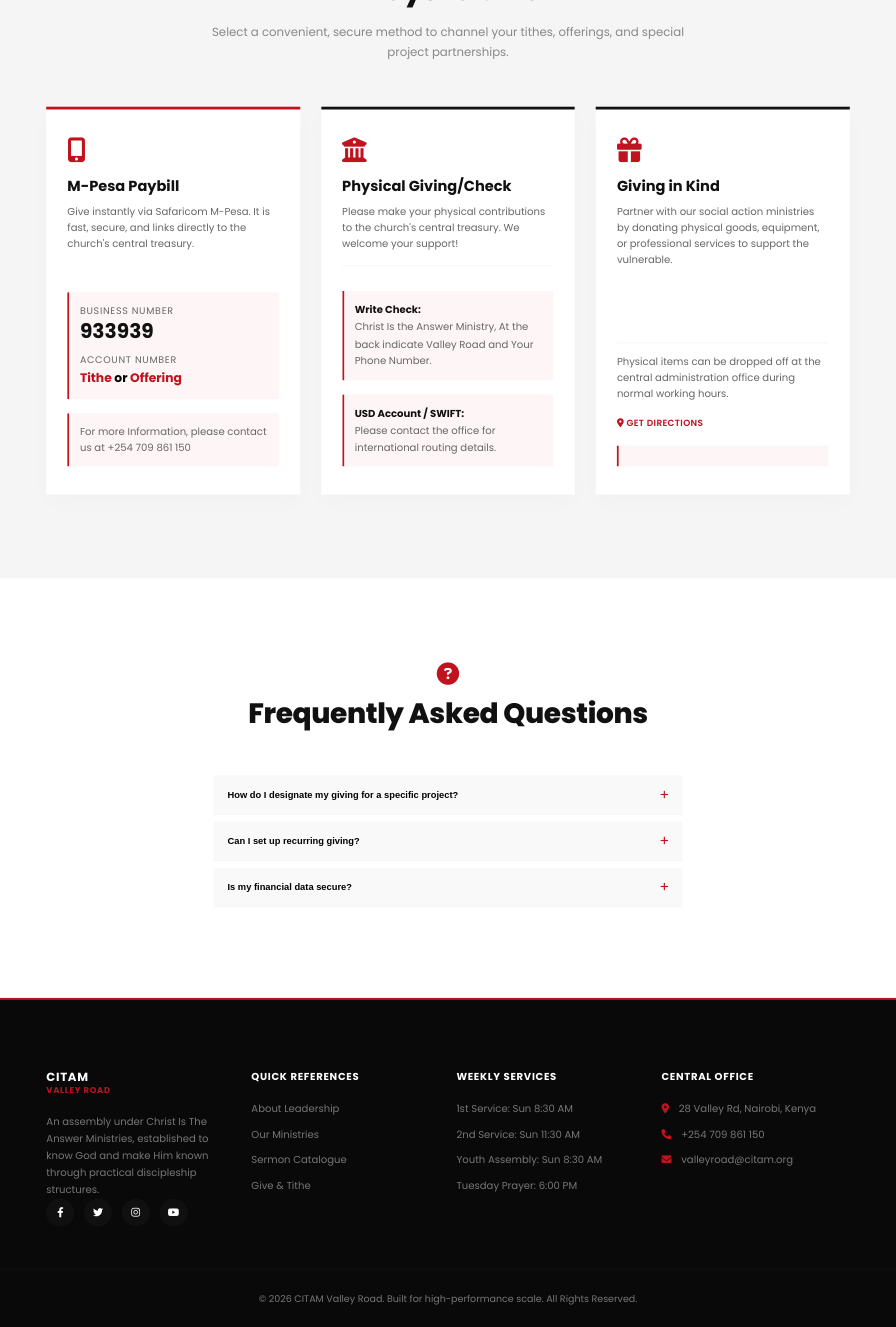
Repository: jereworks/CITAMVRD-Website
Page: give.html
An editor plug-in stored every save of this project. The page is shown before and after a run of saves, followed by the edit.
The browser window is 1280 px wide. The pictures show the part of the page from y = 669 to 2589 px (the page is 2565 px tall before and 2589 px after), at 70% of full size.

Above is the page before, as saved 2026-06-12 07:32:55.

After the next 3 saves:
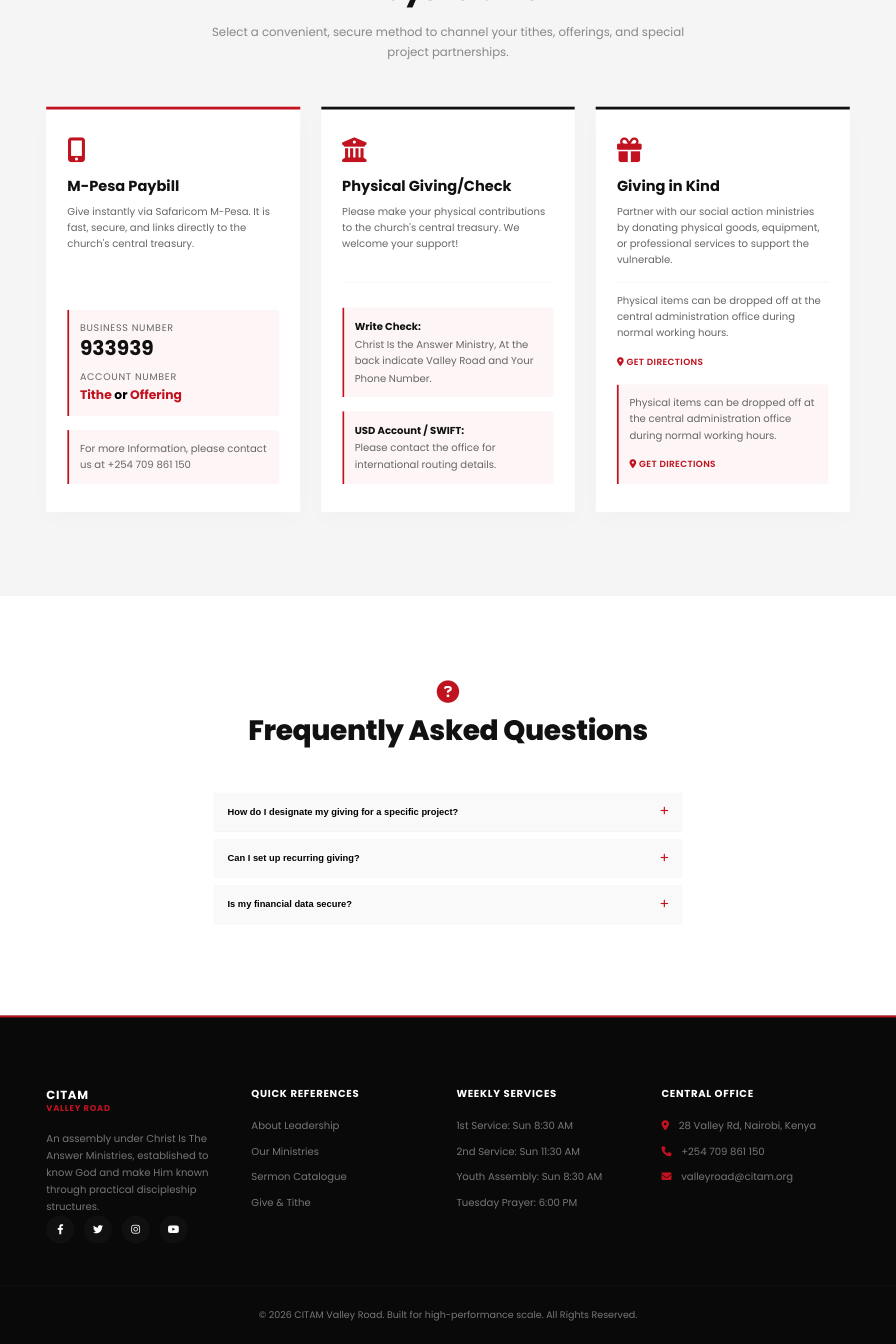
The 3 saves are shown as one change because they came seconds apart.
The last was saved 17 s later.
--- a/give.html
+++ b/give.html
@@ -142,7 +142,8 @@
                     </div>
 
                     <div style="background: rgba(193, 18, 31, 0.04); border-left: 3px solid var(--primary); padding: 15px; margin-top: 20px; border-radius: 0 4px 4px 0;">
-
+                        <p style="font-size: 0.9rem; margin-bottom: 15px;">Physical items can be dropped off at the central administration office during normal working hours.</p>
+                        <a href="contact.html" class="action-link" style="color: var(--primary);"><i class="fas fa-map-marker-alt"></i> Get Directions</a>
                     </div>
 
                 </div>
